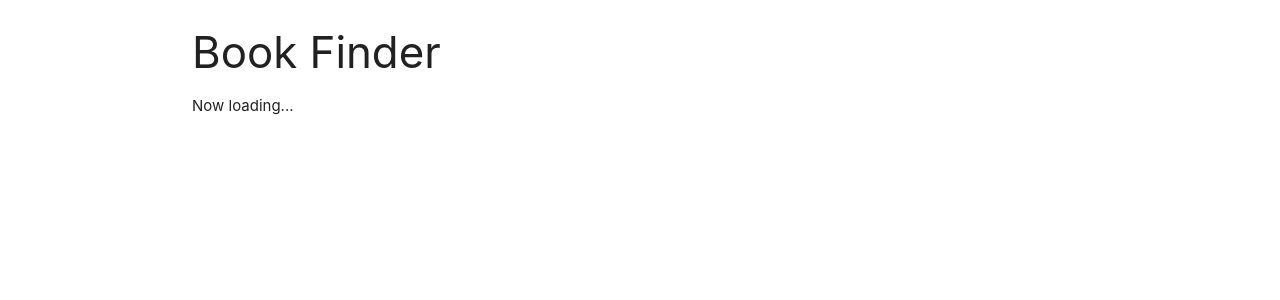
Repository: ayachika/chingu-solo-project
Page: index.html
The author's editor kept a record of every edit. The page is drawn from the files as they stood at one moment, then again after the next edit.
The browser window is 1280 px wide. The pictures show the whole page.
Some web libraries are served in a nearby version.

Above is the page before.

After the next edit:
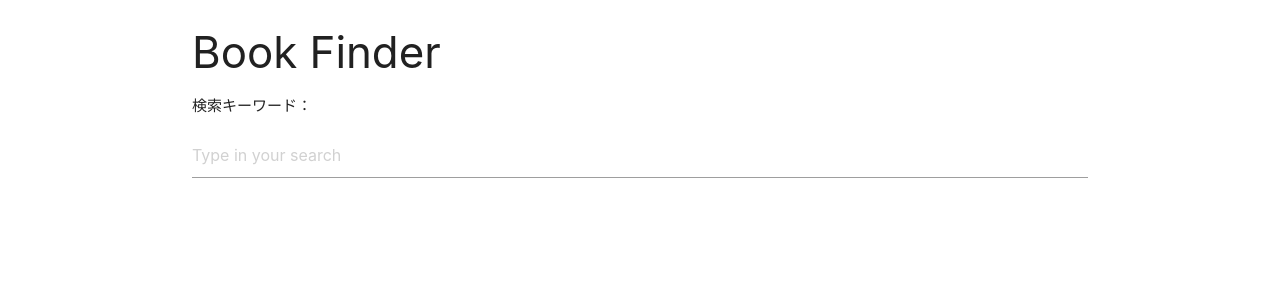
The edit:
--- a/index.html
+++ b/index.html
@@ -11,8 +11,7 @@
     <div class="container" id="app">
       <h3 class="text-center">Book Finder</h3>
       <p> <!--v-modelでフォームとバインディング-->
-        <div v-show="loading" class="loader">Now loading...</div>
-        <div v-if="!loading" class="itemContainer">
+
         検索キーワード：<form v-on:submit.prevent="getResult(query)">
               <input type="text" placeholder="Type in your search" v-model="query" />
           </p>
